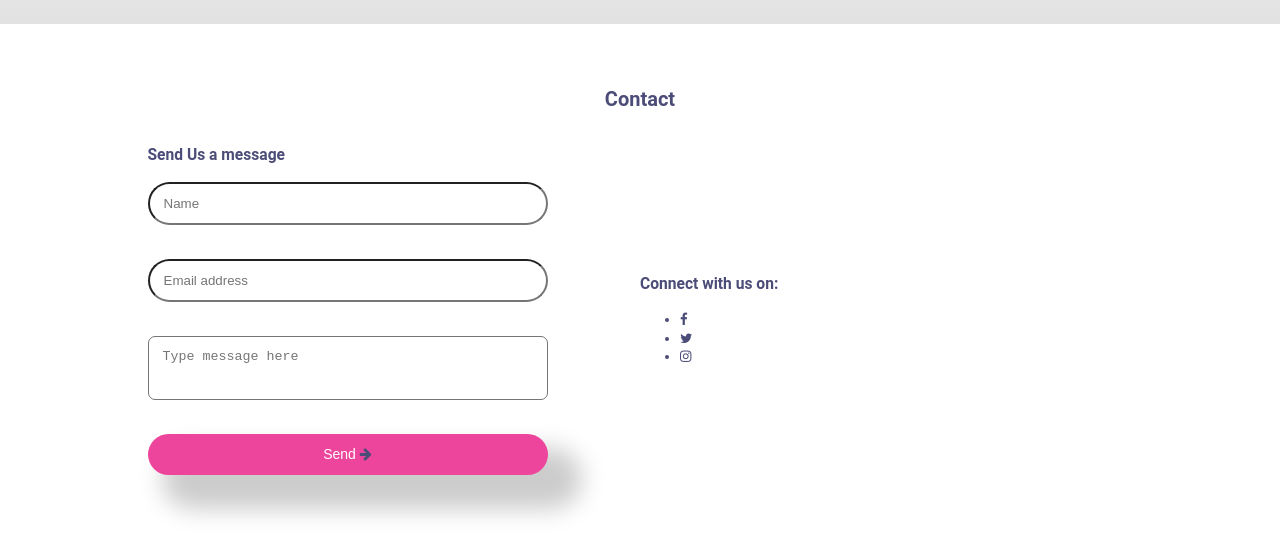
Repository: wisdomspine/emmatech-website
Page: index.html
An editor plug-in stored every save of this project. The page is shown before and after the next save, followed by the edit.
The browser window is 1280 px wide. The pictures show the part of the page from y = 1532 to 2085 px (the page is 2085 px tall).
A picture or video elsewhere on the page could not be fetched, so the positions and the page height are approximate.

Above is the page before, as saved 2020-11-02 12:28:07.

### index.html
<!DOCTYPE html>
<html lang="en">

<head>
    <meta charset="UTF-8">
    <meta name="viewport" content="width=device-width, initial-scale=1.0 max-scale=1.0">
    <title>Emmatech ICT</title>
    <link rel="stylesheet" href="./assets/styles/styles.css">
    <link rel="stylesheet" href="./assets/styles/home-slide.css">
    <link rel="stylesheet" href="./assets/styles/index.css">
    <link rel="stylesheet" href="https://stackpath.bootstrapcdn.com/font-awesome/4.7.0/css/font-awesome.min.css">
</head>

<body>
    <header class="header">
        <div class="container">
            <img src="./assets/images/logo.png" alt="">
            <nav>
                <ul>
                    <li>
                        <a href="#">Contact Us</a>
                    </li>
                    <li>
                        <a href="#">About</a>
                    </li>
                    <li>
                        <a href="#">Services</a>
                    </li>
                    <li>
                        <a href="#">Portfolio</a>
                    </li>
                </ul>
            </nav>
        </div>
    </header>

    <section class="home-slide">
        <div>
            <div class="container">
                <article>
                    <header>
                        <h1>Emmatech-Tech</h1>
                        <h2>Ict Services at it's best</h2>
                    </header>
                    <p>
                        Lorem ipsum dolor, sit amet consectetur adipisicing elit. Doloremque, quo. Pariatur minima ipsam
                        animi tempora quisquam blanditiis, numquam odit asperiores. Recusandae ad eaque nam quasi
                        sapiente voluptates iure tenetur sit.

                    </p>
                </article>
                <img src="./assets/images/slide/slide1.svg" alt="">
            </div>
        </div>
        <div>
            <div class="container">
                <article>
                    <header>
                        <h1>Emmatech-Tech</h1>
                        <h2>Ict Services at it's peak</h2>
                    </header>
                    <p>
                        Lorem ipsum dolor, sit amet consectetur adipisicing elit. Doloremque, quo. Pariatur minima ipsam
                        animi tempora quisquam blanditiis, numquam odit asperiores. Recusandae ad eaque nam quasi
                        sapiente voluptates iure tenetur sit.

                    </p>
                </article>
                <div>
                    <img src="./assets/images/slide/slide2.svg" alt="">
                </div>
            </div>
        </div>
        <div>
            <div class="container">
                <article>
                    <header>
                        <h1>Emmatech-Tech</h1>
                        <h2>Ict Services at it's great</h2>
                    </header>
                    <p>
                        Lorem ipsum dolor, sit amet consectetur adipisicing elit. Doloremque, quo. Pariatur minima ipsam
                        animi tempora quisquam blanditiis, numquam odit asperiores. Recusandae ad eaque nam quasi
                        sapiente voluptates iure tenetur sit.

                    </p>
                </article>
                <div>
                    <img src="./assets/images/slide/slide3.svg" alt="">
                </div>
            </div>
        </div>
    </section>
    <section class="service-section">
        <div class="container">
            <h2 class="text-center">
                Services
            </h2>
            <div class="home-services">
                <figure>
                    <img src="./assets/images/systme-installation.png" alt="">
                    <figcaption>
                        System Installation and Maintenance
                    </figcaption>
                </figure>
                <figure>
                    <img src="./assets/images/systme-installation.png" alt="">
                    <figcaption>
                        System Installation and Maintenance
                    </figcaption>
                </figure>
                <figure>
                    <img src="./assets/images/systme-installation.png" alt="">
                    <figcaption>
                        System Installation and Maintenance
                    </figcaption>
                </figure>
            </div>

            <a href="#" class="button outline accent readmore">
                Readmore
            </a>
        </div>
    </section>
    <section class="home-portfolio">
        <div class="container">
            <header>
                <h2 class="text-center">
                    Portfolio
                </h2>
                <p class="text-center">
                    Take a glimpse of our solutions
                </p>
            </header>
            <div class="content">
                <figure>
                    <img src="https://images.unsplash.com/photo-1557597774-9d273605dfa9?ixlib=rb-1.2.1&ixid=eyJhcHBfaWQiOjEyMDd9&auto=format&fit=crop&w=500&q=80&h=500"
                        alt="">
                    <figcaption>
                        <h3>Installation of CCTV cameras in TA'AL E-Library</h3>
                        <a href="#" class="button filled accent">View Case</a>
                    </figcaption>
                </figure>
                <figure>
                    <img src="https://images.unsplash.com/photo-1557597774-9d273605dfa9?ixlib=rb-1.2.1&ixid=eyJhcHBfaWQiOjEyMDd9&auto=format&fit=crop&w=500&q=80&h=500"
                        alt="">
                    <figcaption>
                        <h3>Installation of CCTV cameras in TA'AL E-Library</h3>
                        <a href="#" class="button filled accent">View Case</a>
                    </figcaption>
                </figure>
                <figure>
                    <img src="https://images.unsplash.com/photo-1557597774-9d273605dfa9?ixlib=rb-1.2.1&ixid=eyJhcHBfaWQiOjEyMDd9&auto=format&fit=crop&w=500&q=80&h=500"
                        alt="">
                    <figcaption>
                        <h3>Installation of CCTV cameras in TA'AL E-Library</h3>
                        <a href="#" class="button filled accent">View Case</a>
                    </figcaption>
                </figure>
                <figure>
                    <img src="https://images.unsplash.com/photo-1557597774-9d273605dfa9?ixlib=rb-1.2.1&ixid=eyJhcHBfaWQiOjEyMDd9&auto=format&fit=crop&w=500&q=80&h=500"
                        alt="">
                    <figcaption>
                        <h3>Installation of CCTV cameras in TA'AL E-Library</h3>
                        <a href="#" class="button filled accent">View Case</a>
                    </figcaption>
                </figure>
            </div>
        </div>
    </section>
    <section class="home-contact">
        <div class="container">
            <h2 class="text-center">
                Contact
            </h2>
            <div class="home-contact-content">
                <div>
                    <div>
                        <h3>Send Us a message</h3>
                        <form action="#" method="POST">
                            <div>
                                <input type="text" placeholder="Name" required>
                            </div>
                            <div>
                                <input type="email" name="" id="" placeholder="Email address" required>
                            </div>
                            <div>
                                <textarea required placeholder="Type message here"></textarea>
                            </div>
                            <div>
                                <button type="submit" class="button filled accent"> Send <span
                                        class="fa fa-arrow-right"></span></button>
                            </div>
                        </form>
                    </div>
                </div>
                <div>
                    <h3>Connect with us on:</h3>
                    <ul>
                        <li>
                            <a href="#"><span class="fa fa-facebook"></span></a>
                        </li>
                        <li>
                            <a href="#"><span class="fa fa-twitter"></span></a>
                        </li>
                        <li>
                            <a href="#"><span class="fa fa-instagram"></span></a>
                        </li>
                    </ul>
                </div>
            </div>
        </div>
    </section>
</body>
<script>
    const divs = document.querySelectorAll(".home-slide > div");
    let current = 0;
    divs.forEach(e => {
        e.style.display = "none";
    })
    divs[(current++) % divs.length].style.display = "block";
    setInterval(function () {
        divs.forEach(e => {
            e.style.display = "none";
        })
        divs[(current++) % divs.length].style.display = "block";
    }, 10000)
</script>

</html>

### assets/styles/styles.css
@import "./preset.css";
@import "./page-header.css";

.container {
  max-width: 1170px;
  margin-left: auto;
  margin-right: auto;
}

.text-center{
  text-align: center;
}

.button{
  font-size: 14px;
  line-height: 21px;
  padding: 10px  14px;
  border-radius: 100px;
}

.button.filled.accent{
  background-color: var(--accent-color);
  color: white;
}

.button.outline.accent{
  border-color: var(--accent-color);
  border-width: 1px;
  border-style: solid;
  color: var(--accent-color);
}

### assets/styles/home-slide.css
@import "./variables.css";

@keyframes slide-article {
  0% {
    opacity: 0;
    position: relative;
    top: -90px;
    left: -150px;
  }

  5.5% {
    opacity: 1;
    position: relative;
    top: 0px;
    left: 0px;
  }

  90.8% {
    opacity: 1;
    position: relative;
    top: 0px;
    left: 0px;
  }

  100% {
    opacity: 0;
    position: relative;
    top: 90px;
    left: -150px;
  }
}

@keyframes slide-img {
  0% {
    opacity: 0;
    position: relative;
    top: 350px;
  }

  5.5% {
    opacity: 1;
    position: relative;
    top: 0px;
  }

  90.8% {
    opacity: 1;
    position: relative;
    top: 0px;
  }

  100% {
    opacity: 0;
    position: relative;
    top: 350px;
  }
}


.home-slide {
  height: calc(100vh - var(--header-height));
  overflow: hidden;
  background: url("../images/Confetti-Doodles.svg");
  background-size: contain;
}

.home-slide>div {
  height: 100%;
}

.home-slide>div .container {
  height: 100%;
}

.home-slide .container {
  display: flex;
  flex-flow: row nowrap;
  align-items: center;
  justify-content: space-between;
}

.home-slide .container img {
  max-width: 500px;
  animation-name: slide-img;
  animation-duration: var(--slide-animation-duration);
}

.home-slide .container article {
  max-width: 500px;
  align-self: flex-start;
  margin-top: 70px;
}

.home-slide .container article h1 {
  font-size: 24px;
  margin-bottom: 0px;
}

.home-slide .container article h2 {
  margin-top: 0px;
  opacity: 0.6;
  font-weight: 400;
  font-size: 17px;
  color: var(--accent-link-color);
}

.home-slide .container article {}

.home-slide .container article:not(:hover) {
  animation-name: slide-article;
  animation-duration: var(--slide-animation-duration);
}

.home-slide .container article p {
  font-size: 17px;
  font-weight: lighter;
  line-height: 26px;
}

### assets/styles/index.css
@import "./variables.css";

.service-section{
    background-color:white;
    padding-top: 84px;
    padding-bottom: 134px;
}

.home-services{
    display: flex;
    flex-flow: row nowrap;
    justify-content: space-between;
    align-items: flex-start;
    margin-top: 30px;;
}

.home-services figure{
    display: flex;
    flex-flow: column nowrap;
    align-items: center;
}

.home-services figure figcaption{
    font-size: 18px;
    line-height: 27px;
}

.service-section .readmore{
    float: right;
    margin-top: 24px;
}

.home-portfolio .content{
    display: flex;
    flex-direction: row;
    flex-wrap: nowrap;
    justify-content: space-between;
    overflow-x: hidden;
    height: 250px;
    margin-left: -20px;
}
.home-portfolio .content figure{
    height: 100%;
    position: relative;
    margin: 0px;
    margin-left: 30px;
    border-radius: 300px;
    overflow: hidden;

}

.home-portfolio .content figure img{
    max-height: 100%;
    border-radius: inherit;
}

.home-portfolio {
    padding-top: 18px;
    padding-bottom: 44px;
    background: linear-gradient(to bottom, white, var(--bg-color));
}

.home-portfolio header>p{
    margin-bottom: 34px;
}

.home-portfolio .content figure figcaption{
    height: 100%;
    position: absolute;
    top: 0;
    display: flex;
    flex-flow: column;
    flex-wrap: nowrap;
    justify-content: center;
    padding: 14px;
    backdrop-filter: brightness(40%);
    align-items: center;
    border-radius: inherit;
    transition: all  1s;


}

.home-portfolio .content figure:not(:hover)  figcaption{
    opacity: 0;
}

.home-portfolio .content figure figcaption h3{
    color: #ffffff;
    text-align: center;
    line-height: 1.8;
}

.home-contact{
    background-color: #ffffff;
    padding: 44px 0px;
}

.home-contact .home-contact-content{
    display: flex;
    flex-flow: row nowrap;
    justify-content: space-around;
    align-items: center;
}
.home-contact .home-contact-content>div{
    width: 50%;
}

.home-contact .home-contact-content>div:first-child{
    display: flex;
    flex-flow: column nowrap;
    align-items: center;

}

.home-contact .home-contact-content>div:first-child>div{
    max-width: 500px;
    min-width: 400px;
}

.home-contact .home-contact-content>div:first-child form{
    display: flex;
    flex-flow: column nowrap;
    align-items: stretch;
}

.home-contact .home-contact-content>div:first-child form div{
    display: flex;
    flex-flow: column nowrap;
    align-items: stretch;
}

.home-contact .home-contact-content>div:first-child form div{
    margin-bottom: 34px;
}

input, textarea{
    padding: 12px 14px;
    border-radius: 100px;
}
textarea{
    resize: none;
    border-radius: 7px;
    height: 64px;
}

.home-contact button{
    border: none;
    box-shadow: 24px 24px 24px  10px #cccccc;
}

### assets/styles/preset.css
/* @font-face {
  font-family: "Roboto";
  src: "../fonts/Roboto /Roboto-Regular.ttf";
} */
@import "./variables.css";

* {
  box-sizing: border-box;
  text-rendering: optimizeLegibility;
  -webkit-font-smoothing: antialiased;
  -moz-osx-font-smoothing: grayscale;
  font-kerning: auto;
  color: var(--text-color);
}

html {
  font-size: 10pt;
  line-height: 1.4;
  font-weight: 400;
  font-family: "Roboto";
  -webkit-text-size-adjust: 100%;
}

body {
  margin: 0;
  background-color: var(--bg-color);
}

a,
a:hover,
a:active,
a:focus {
  text-decoration: none;
}

### assets/styles/page-header.css
@import "./variables.css";
.header {
  display: flex;
  flex-flow: row nowrap;
  justify-content: space-between;
  padding: var(--padding-large);
  height: var(--header-height);
  overflow: hidden;
  background-color: var(--card-color);
}

.header .container {
  display: flex;
  flex-flow: row nowrap;
  justify-content: space-between;
}

.header img {
  display: inline-block;
  height: 100%;
}

.header nav ul {
  list-style: none;
  display: flex;
  flex-flow: row nowrap;
  padding: 0;
  margin: 0;
}

.header nav ul li {
  padding: var(--padding-mid);
}

.header nav ul a {
  color: var(--accent-link-color);
}
.header nav ul a:hover {
  opacity: 0.9;
}

### assets/styles/variables.css
:root {
  --bg-color: #e1e2e1;
  --padding-large: 24px;
  --padding-mid: 18px;
  --header-height: 100px;
  --card-color: #ffffff;
  --accent-link-color: #ed459c;
  --accent-color: #ed459c;

  --text-color: #4C4C78;
  --slide-animation-duration: 10s;
}

Loaded but not shown: assets/images/slide/slide1.svg (1 lines, source omitted)

After the next save:
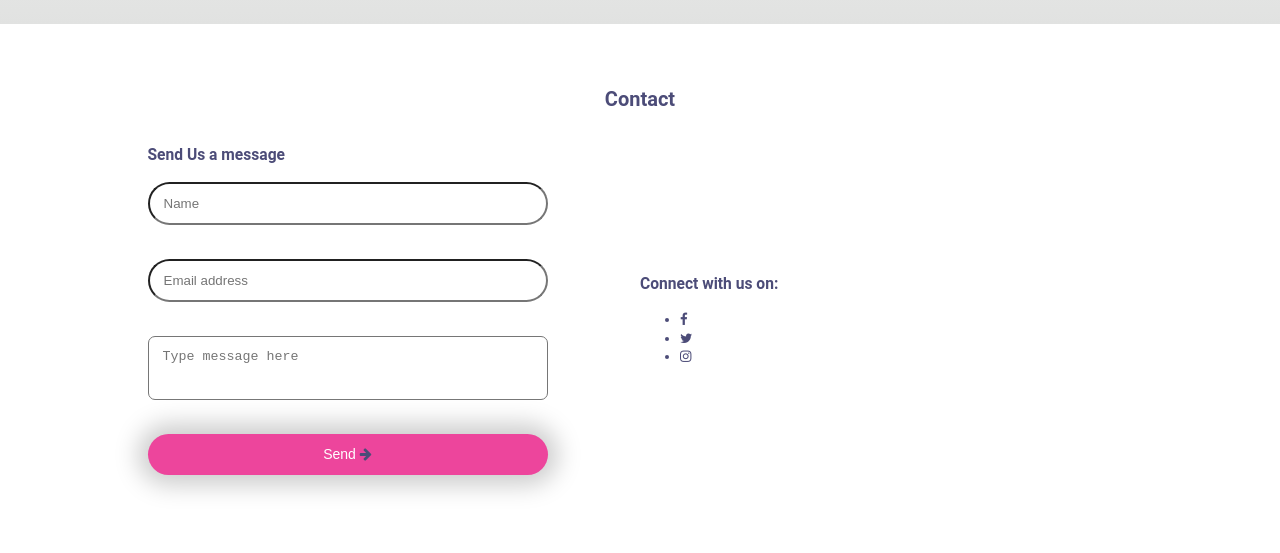
Saved 10 s later.
--- a/assets/styles/index.css
+++ b/assets/styles/index.css
@@ -146,5 +146,5 @@ textarea{
 
 .home-contact button{
     border: none;
-    box-shadow: 24px 24px 24px  10px #cccccc;
+    box-shadow: 0px 0px 24px  10px #cccccc;
 }
